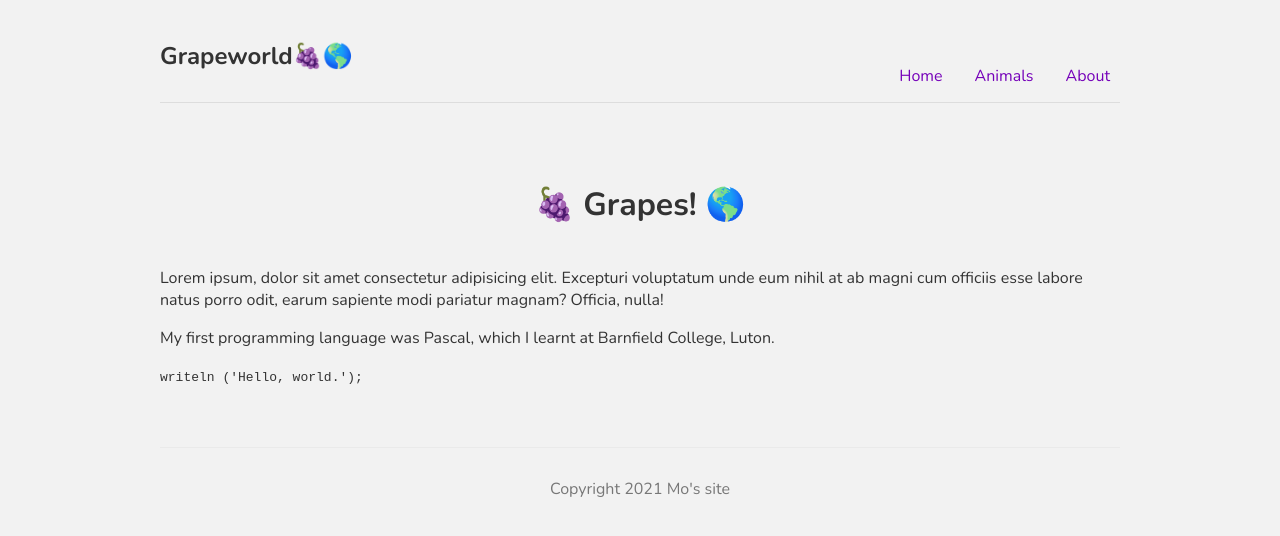
Repository: technogize/next-test-site
Page: /
These files come from the project's save history. The page is drawn as it stood at one moment and after the next save; the edit follows.
The browser window is 1280 px wide. The pictures show the whole page.
The project was rebuilt for these pictures with package versions that can differ from the ones it lists, and the page was loaded fresh each time. The framework's server and built-in components were replaced by stand-ins that run in the browser.

Above is the page before, as saved 2021-10-02 20:45:30.

### pages/index.js
import Head from 'next/head'
import styles from '../styles/Home.module.css'

export default function Home() {
  return (
    <div className={styles.container}>
      <Head>
        <title>Home | 🍇🌎 Grapeworld NextJS Site</title>
        <link rel="icon" href="/favicon.ico" />
      </Head>
      <main className={styles.main}>
        <h1 className={styles.title}>
          🍇 Grapes! 🌎
        </h1>
        <p>Lorem ipsum, dolor sit amet consectetur adipisicing elit. Excepturi voluptatum unde eum nihil at ab magni cum officiis esse labore natus porro odit, earum sapiente modi pariatur magnam? Officia, nulla!</p>

        <p>My first programming language was Pascal, which I learnt at Barnfield College, Luton.</p>
        <code className={styles.code}>
          writeln ('Hello, world.');
        </code>


      </main>
    </div>
  )
}

### styles/globals.css
@import url('https://fonts.googleapis.com/css2?family=Nunito:wght@300;400;600;700&display=swap');

body {
  background: #f2f2f2;
  color: #333;
  font-family: "Nunito";
}
a {
  color: rgb(117, 0, 185);
  text-decoration: none;
}
.content {
  max-width: 960px;
  margin: 0 auto;
}
nav {
  margin: 10px auto 80px;
  padding: 10px 0;
  display: flex;
  justify-content: flex-end;
  align-items: flex-end;
  border-bottom: 1px solid #ddd;
}
nav a {
  margin-left: 12px;
  padding: 5px 10px;
}
nav a:hover {
  background-color: #ddd;
}
nav .logo {
  margin-right: auto;
  cursor: pointer;
}
footer {
  display: block;
  text-align: center;
  padding: 30px 0;
  margin-top: 60px;
  color: #777;
  border-top: 1px solid #eaeaea;
}

### components/Layout.js
import React from 'react'
import Navbar from '../components/Navbar'
import Footer from '../components/Footer'

const Layout = props => {
    const { children } = props

    return (
        <div className='content'>
            <Navbar />
            {children}
            <Footer />
        </div>
    )
}

export default Layout

### styles/Home.module.css
.title {
  color: #333;
  padding-bottom: 20px;
  text-align: center;
}
.text {
  color: rgb(66, 61, 61);
}
.btn {
  display: block;
  width: 150px;
  padding: 8px 0;
  margin: 20px auto;
  background: rgb(46, 46, 46);
  border-radius: 4px;
  color: white;
  text-align: center;
}

.btn:hover {
  background: rgb(117, 117, 117);
}

### components/Navbar.js
import React from 'react'
import Link from 'next/link'

const Navbar = () => {
    return (
        <nav>
            <Link href="/">
                <div className='logo'>
                    <h1>Grapeworld🍇🌎</h1>
                </div>
            </Link>
            <Link href="/">Home</Link>
            <Link href="/animals">Animals</Link>
            <Link href="/about">About</Link>
        </nav>
    )
}

export default Navbar

### components/Footer.js
import React from 'react'

const Footer = () => {
    return (
        <footer className='Footer'>
            Copyright 2021 Mo's site
        </footer>
    )
}

export default Footer

Loaded but not shown: pages/_app.js (common file)

After the next save:
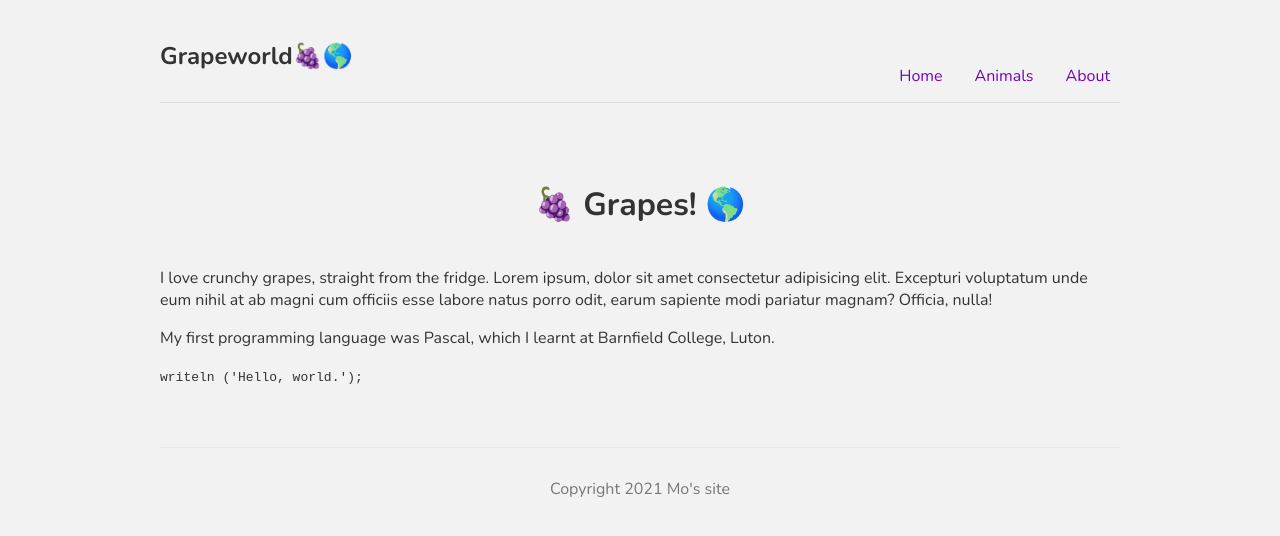
Saved 44 s later.
--- a/pages/index.js
+++ b/pages/index.js
@@ -12,7 +12,8 @@ export default function Home() {
         <h1 className={styles.title}>
           🍇 Grapes! 🌎
         </h1>
-        <p>Lorem ipsum, dolor sit amet consectetur adipisicing elit. Excepturi voluptatum unde eum nihil at ab magni cum officiis esse labore natus porro odit, earum sapiente modi pariatur magnam? Officia, nulla!</p>
+
+        <p>I love crunchy grapes, straight from the fridge. Lorem ipsum, dolor sit amet consectetur adipisicing elit. Excepturi voluptatum unde eum nihil at ab magni cum officiis esse labore natus porro odit, earum sapiente modi pariatur magnam? Officia, nulla!</p>
 
         <p>My first programming language was Pascal, which I learnt at Barnfield College, Luton.</p>
         <code className={styles.code}>
